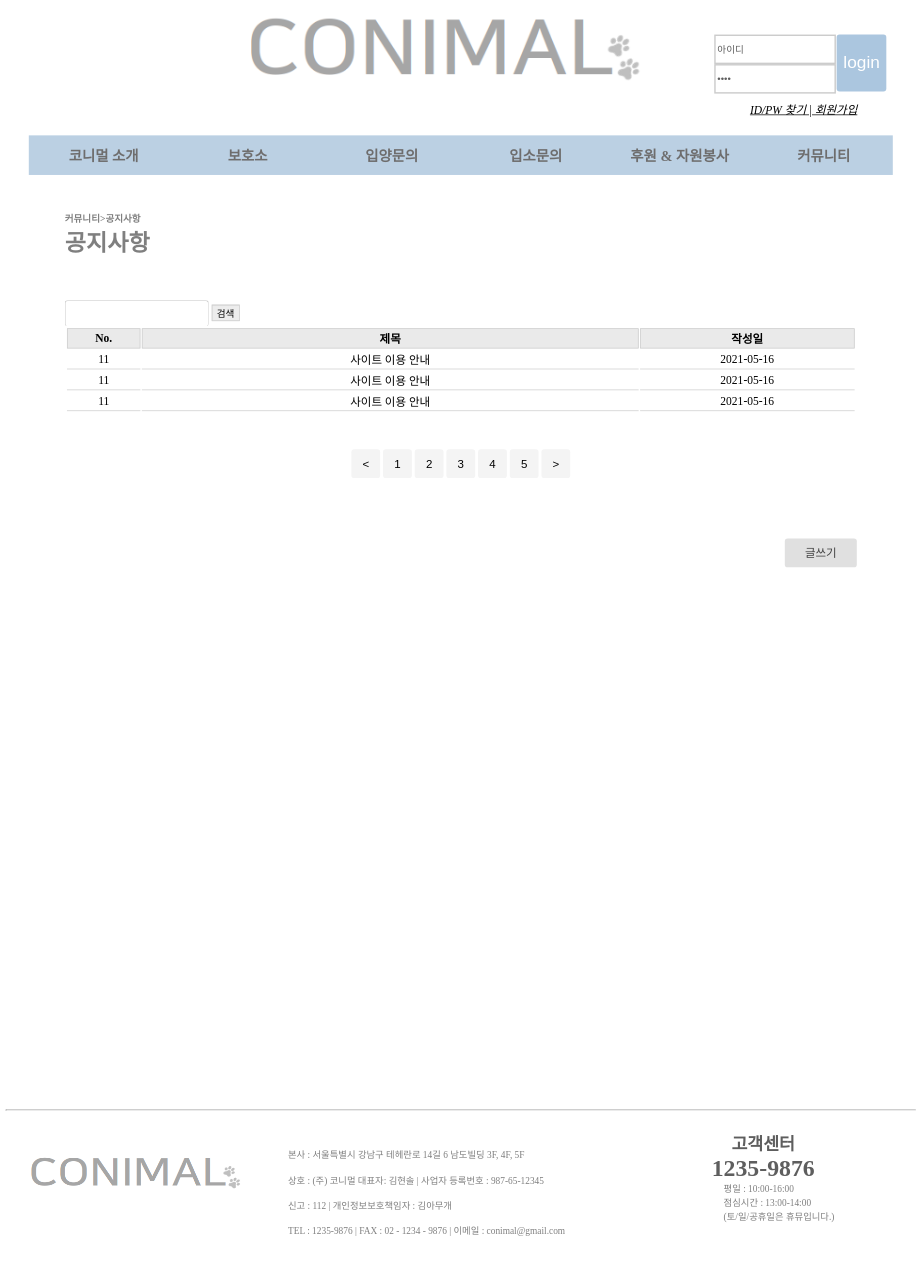
Repository: rlagusthf12/SemiProject
Page: http://localhost/jspProject/
The author's editor kept a copy of each file at every save. The page is drawn from the files as they stood at one save, then again after the next save.
The browser window is 1280 px wide. The pictures show the whole page, at 72% of full size.
The page is served by Tomcat 9.

Above is the page before, as saved 2021-05-18 07:19:23.

After the next save:
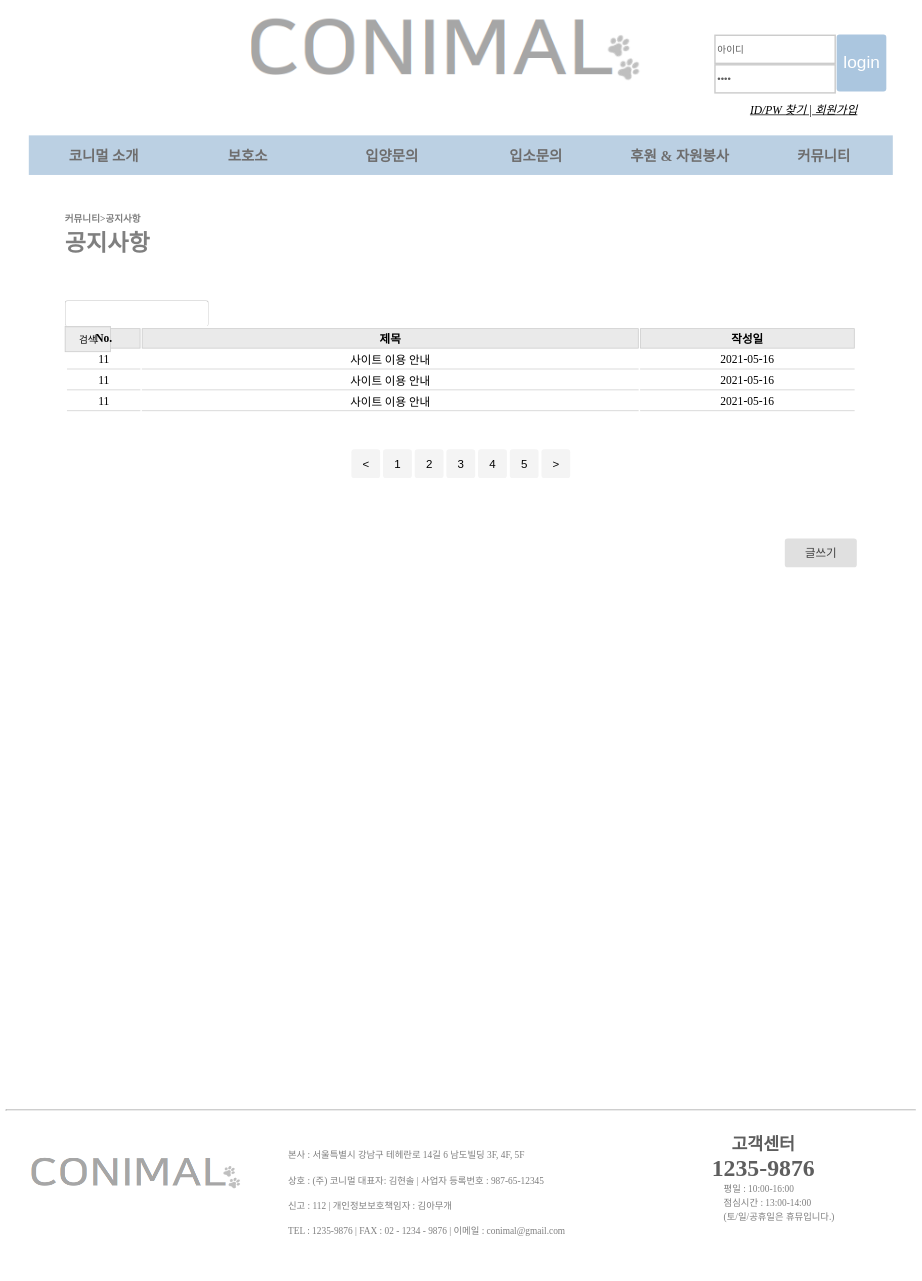
Saved 31 s later.
--- a/jspProject/WebContent/views/notice/notice.jsp
+++ b/jspProject/WebContent/views/notice/notice.jsp
@@ -43,7 +43,10 @@
       border-style: solid;
       border-color: rgb(204, 204, 204);
       box-shadow: rgba(0, 0, 0, 0.0666667) 0px 1px 1px 0px inset;
-       background-color: rgb(237, 237, 237);}
+       background-color: rgb(237, 237, 237);
+       width:64px;
+        height:100%;
+       }
   .body1{
   	width:100%;
   	margin-bottom:50px;
